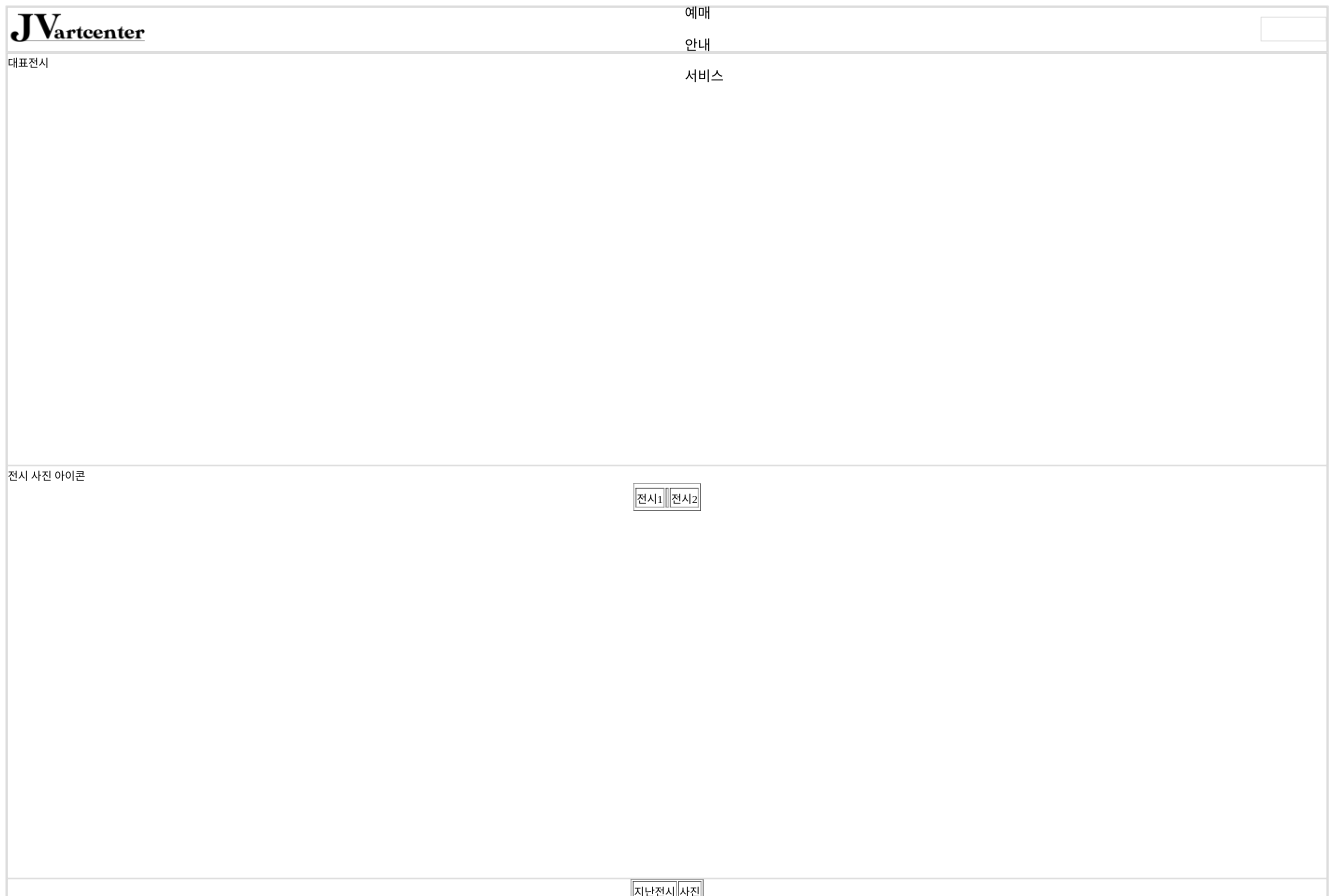
Repository: pshysd/SEMI_PROJECT
Page: http://localhost/JVArtCenter/
These files come from the project's save history. The page is drawn as it stood at one moment and after the next save; the edit follows.
The browser window is 1280 px wide. The page is 1898 px wide, so the pictures cover 1898 px, including what lies to the right of the window. The pictures show the part of the page from y = 0 to 1280 px (the page is 3296 px tall), at 70% of full size.
The page is served by Tomcat 9. Nobody is signed in. The application's start-up code is not run. Other server files are loaded and not shown.

Above is the page before, as saved 2022-10-21 11:11:50.

### JVArtCenter/WebContent/index.jsp
<%@ page language="java" contentType="text/html; charset=UTF-8"
    pageEncoding="UTF-8"%>
<%
	String contextPath = request.getContextPath();
%>
<!DOCTYPE html>
<html>
<head>
<meta charset="UTF-8">
<title>JV Art Center</title>
<style>
      .wrap {
        width: 1890px;
        height: 3280px;
      }

      div {
        border: 1px solid lightgray;
        box-sizing: border-box;
      }

      #header {
        height: 2%;
      }

      #body {
        margin: 0;
        font-family: "Nanum Gothic Coding", monospace;
      }

      a {
        text-decoration: none;
        color: black;
      }

      #search,
      #user,
      #calender {
        padding: 10px 12px;
      }

      #navbar {
        display: flex;
        justify-content: space-between;
        align-items: center;
        box-sizing: border-box;
        height: 100%;
      }

      #navbar_menu a {
        display: block;
        line-height: 35px;
      }

      #navbar_icons {
        font-size: 20px;
        display: flex;
        padding: 5px 10px;
      }

      #navbar_menu {
        display: block;
        list-style: none;
        padding-left: 0;
        font-size: large;
        position: relative;
      }

      #navbar_menu > li {
        padding: 5px 30px;
        font-size: 20px;
        position: static;
      }

      #navbar_logo {
        list-style: none;
        padding: 0px;
      }

      /* 서브메뉴를 담당하는 ul 태그에 대한 스타일 */
      #navbar_menu > li > ul {
        list-style-type: none;
        padding: 0px;
        display: none; /* 평소에는 안보여주다가 마우스가 올라가는 순간 보여지게끔 */
        position: absolute;
      }

      /* 메인메뉴에 마우스가 올라가는 순간 서브메뉴가 펼쳐져서 보이게끔 */
      #navbar_menu > li > a:hover + ul {
        display: block; /* 메인메뉴에만 마우스가 올라갔을때만 유지됨 */
        background-color: beige;
      }

      /* 서브메뉴에도 마우스가 올라갈 때 펼쳐진게 유지될 수 있게끔 */
      #navbar_menu > li > ul:hover {
        display: block;
        background-color: beige;
      }

      /* 서브메뉴 글씨만 좀 더 작게 보이게끔 */
      #navbar_menu > li > ul a {
        font-size: 15px;
      }

      #navbar_menu > li > ul a:hover {
        font-size: 18px;
      }

      #content {
        height: 90%;
      }

      #main-content1,
      #main-content2,
      #main-content3,
      #main-content4,
      #main-content5 {
        height: 20%;
      }

      #footer {
        height: 8%;
        background-color: black;
        color: white;
      }

      #footer > p {
        padding: 10px;
        box-sizing: border-box;
      }

      #footer_etc {
        padding: 10px;
      }

      #footer_etc a {
        text-decoration: none;
        color: white;
      }
    </style>
</head>
<body>
    <div class="wrap">
      <div id="header">
        <!--헤더영역-->

        <div id="navbar">
          <ul id="navbar_logo">
            <li>
              <a href=""><img src="resources/image/logo.png" width="200px"></a>
            </li>
          </ul>

          <ul id="navbar_menu">
            <li>
              <a href="">전시</a>
              <ul>
                <li><a href="">현재전시</a></li>
                <li><a href="">지난전시</a></li>
                <li><a href="">오픈예정</a></li>
              </ul>
            </li>
            <li>
              <a href="<%= contextPath %>/step1.rsv">예매</a>
              <ul>
                <li><a href="">전시예매</a></li>
              </ul>
            </li>
            <li>
              <a href="">안내</a>
              <ul>
                <li><a href="">JV소개</a></li>
                <li><a href="">전시관 안내</a></li>
              </ul>
            </li>
            <li>
              <a href="">서비스</a>
              <ul>
                <li><a href="">공지사항</a></li>
                <li><a href="">FAQ</a></li>
                <li><a href="">1:1문의</a></li>
                <li><a href="">뉴스레터</a></li>
              </ul>
            </li>
          </ul>
          <div id="navbar_icons">
            <a href=""
              ><i id="search" class="fa-solid fa-magnifying-glass"></i
            ></a>
            <a href=""
              ><i id="calender" class="fa-regular fa-calendar-days"></i
            ></a>
            <a href=""><i id="user" class="fa-regular fa-user"></i></a>
          </div>
        </div>
      </div>

      <div id="content">
        <div id="main-content1">대표전시</div>

        <div id="main-content2">
          <table border="1" style="margin: auto">
            <tr id="table2">
              전시
            </tr>
            <tr></tr>
            <tr id="table3">
              사진
              <td>전시1</td>
              <td></td>
              <td>전시2</td>
            </tr>
            <tr table="table4">
              아이콘
            </tr>
          </table>
        </div>

        <div id="main-content3">
          <table border="1" style="margin: auto">
            <tr>
              <td>지난전시</td>
              <td>사진</td>
            </tr>
            <tr>
              <td>오픈예정</td>
              <td>사진</td>
            </tr>
          </table>
        </div>
        <div id="main-content4">
          <table border="1" style="margin: auto">
            <tr>
              <td colspan="3">뉴스레터</td>
            </tr>
            <tr>
              <td>사진</td>
              <td>왼쪽사진1</td>
              <td>왼쪽사진2</td>
            </tr>
            <tr>
              <td>제목</td>
              <td rowspan="2">사진3</td>
              <td rowspan="2">사진4</td>
            </tr>
            <tr>
              <td>내용</td>
            </tr>
          </table>
        </div>

        <div id="main-content5">
          <table border="1" style="margin: auto">
            <tr>
              <td>공간</td>
              <td>공지사항</td>
              <td>더보기</td>
            </tr>
            <tr>
              <td rowspan="2">공간내용</td>
              <td colspan="2">공지사항1</td>
            </tr>
            <tr>
              <td colspan="2">공지사항2</td>
            </tr>
            <tr>
              <td>더보기</td>
              <td colspan="2">공지사항3</td>
            </tr>
          </table>
        </div>
      </div>

      <div id="footer">
        <!--푸터-->
        <div id="footer_etc">
          <a href="">개인정보처리방침</a> |
          <a href="">이용약관</a>
        </div>
        <p>
            JV 아트센터<br />
            서울특별시 영등포구 선유동2로 57 이레빌딩(구관) 19F, 20F<br /><br />

            Tel 1544-9970<br />

            © 2022 KH Arts Center All right reserved.
        </p>
      </div>
    </div>
  </body>
</html>

After the next save:
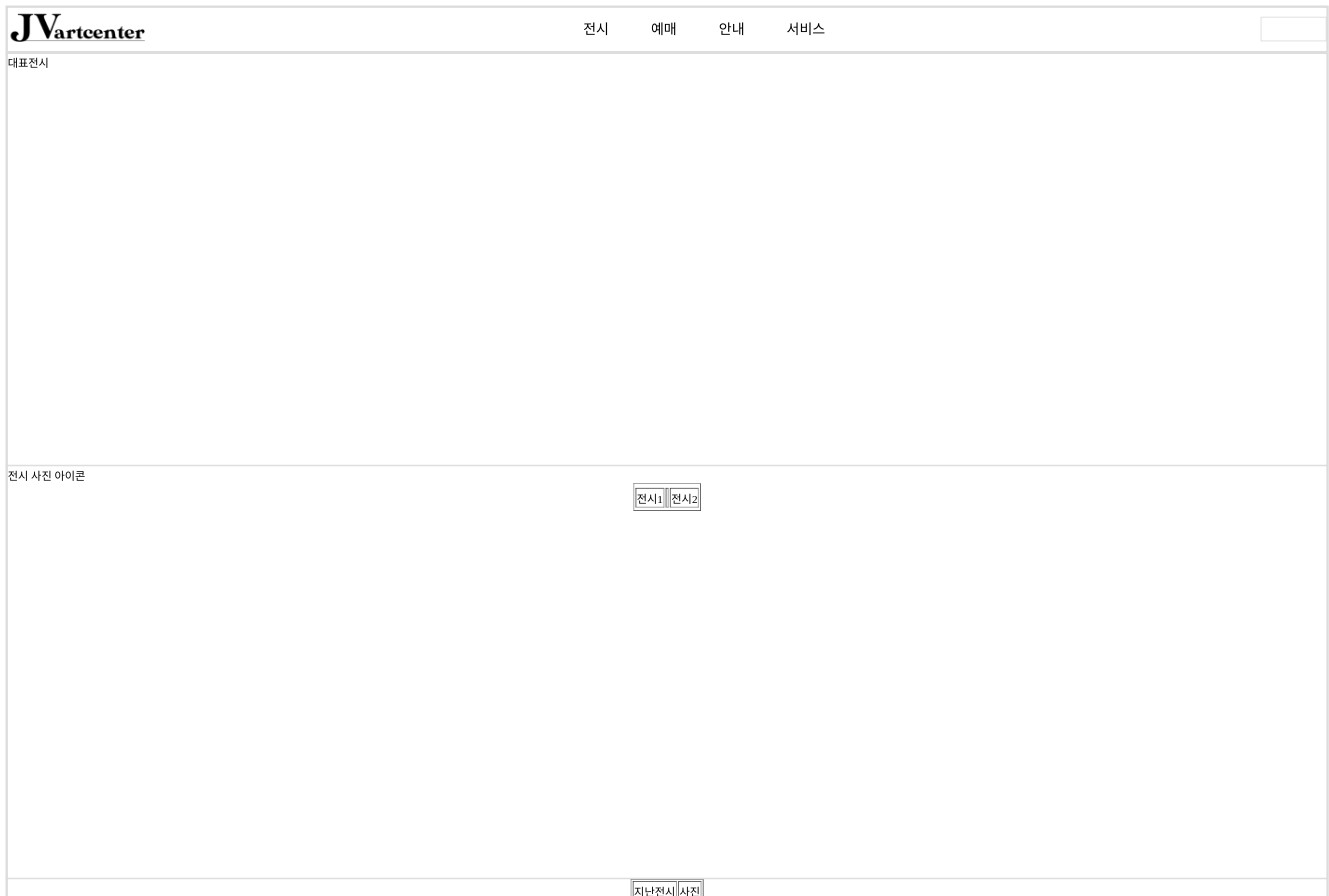
Saved 41 s later.
--- a/JVArtCenter/WebContent/index.jsp
+++ b/JVArtCenter/WebContent/index.jsp
@@ -59,7 +59,7 @@
       }
 
       #navbar_menu {
-        display: block;
+        display: flex;
         list-style: none;
         padding-left: 0;
         font-size: large;
